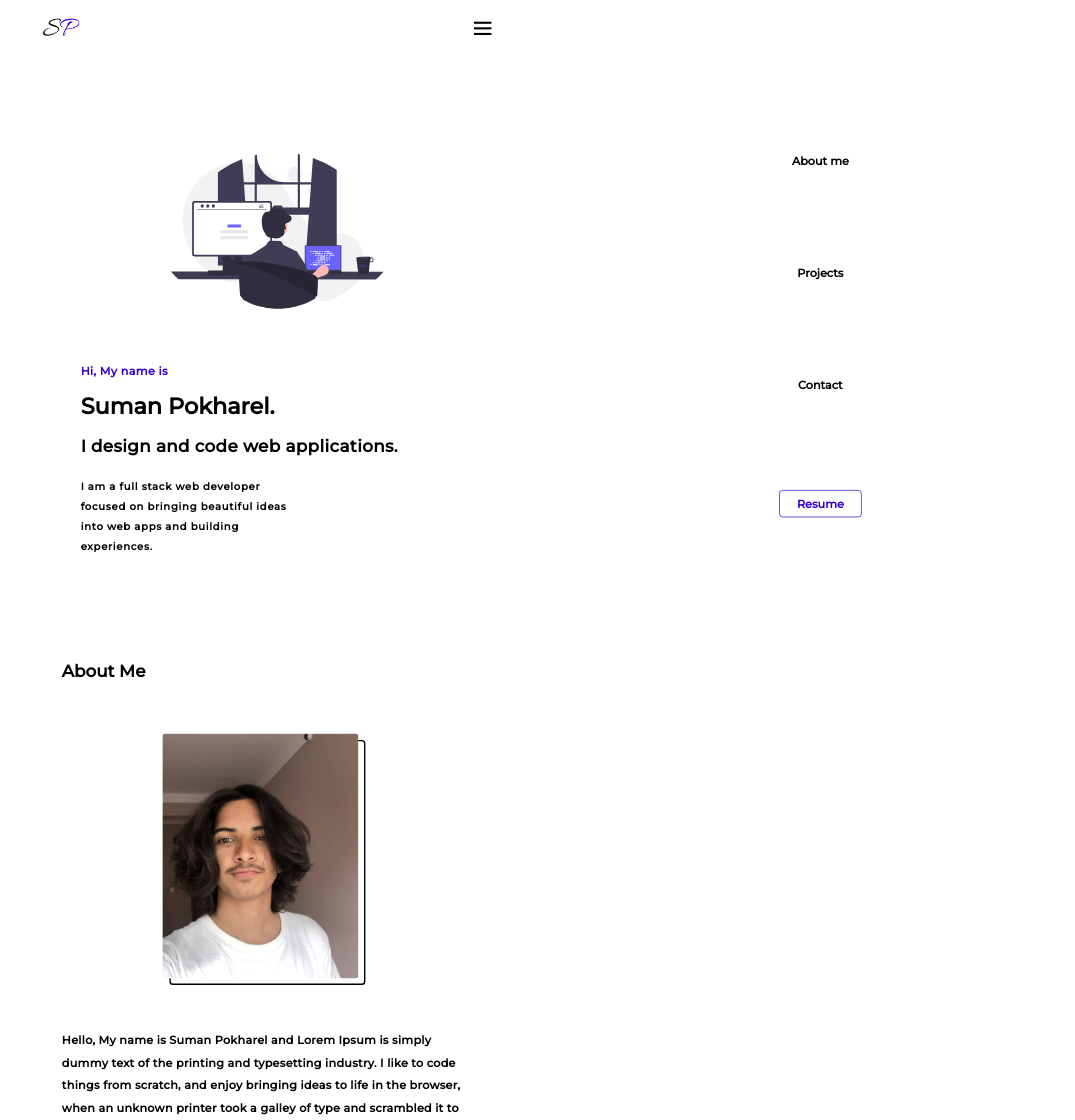
Repository: iamsumanp/portfolio
Page: /
These files come from the project's save history. The page is drawn as it stood at one moment and after the next save; the edit follows.
The browser window is 768 px wide. The page is 1536 px wide, so the pictures cover 1536 px, including what lies to the right of the window. The pictures show the part of the page from y = 0 to 1600 px (the page is 5979 px tall), at 70% of full size.
The project was rebuilt for these pictures with package versions that can differ from the ones it lists, and the page was loaded fresh each time.

Above is the page before, as saved 2022-07-06 17:05:23.

After the next save:
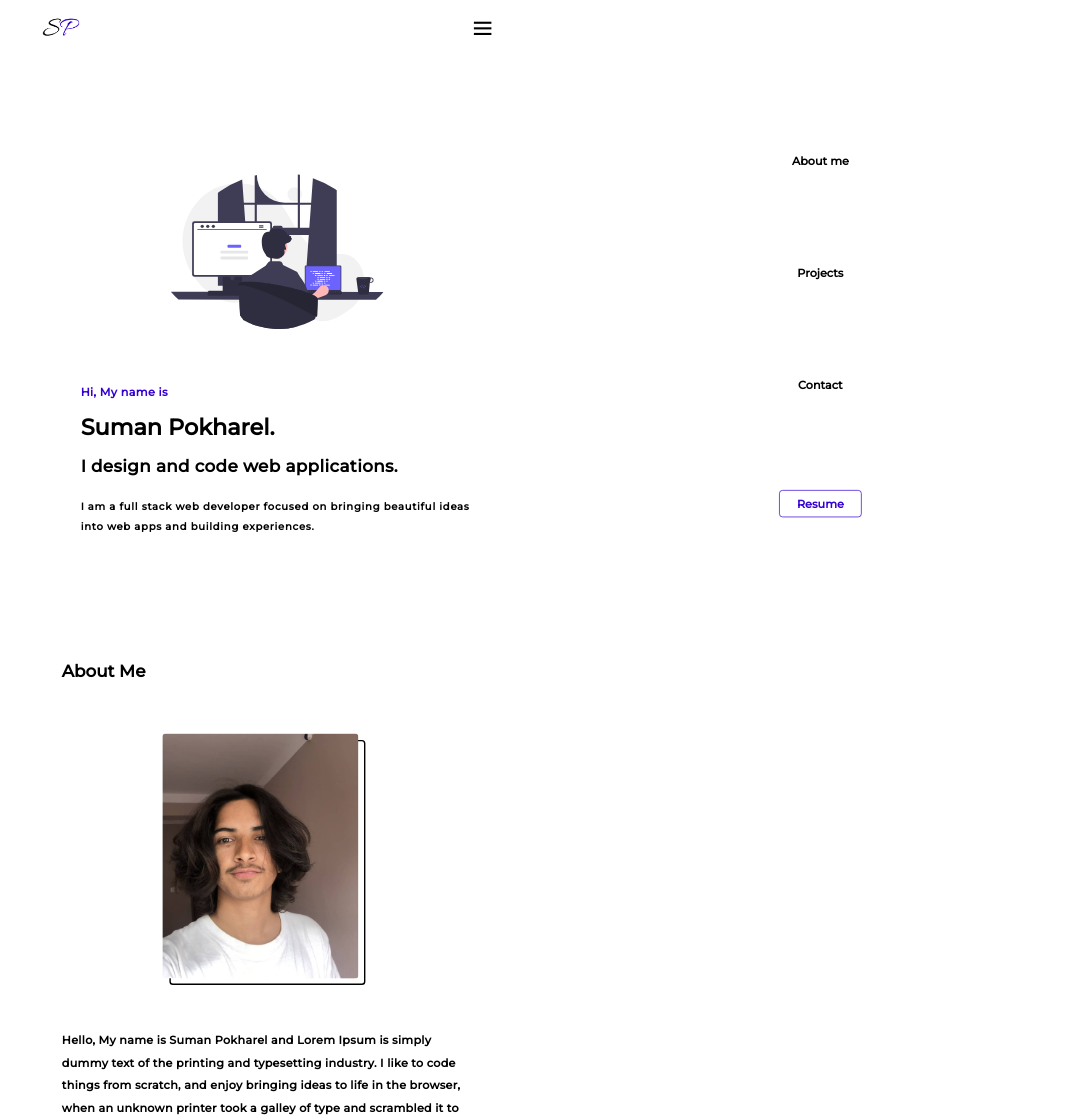
Saved 64 s later.
--- a/src/styles/styles.css
+++ b/src/styles/styles.css
@@ -156,6 +156,11 @@ body {
   letter-spacing: 1px;
   margin-top: 10px;
   font-size: 0.9rem;
+}
+@media (max-width: 800px) {
+  .heroSection .content .h5text {
+    width: 100%;
+  }
 }
 .heroSection .svgImgg {
   margin-left: auto;
@@ -583,4 +588,4 @@ body {
   .spSpan {
     text-align: center;
   }
-}/*# sourceMappingURL=styles_20220706170523.css.map */
+}/*# sourceMappingURL=styles_20220706170627.css.map */
